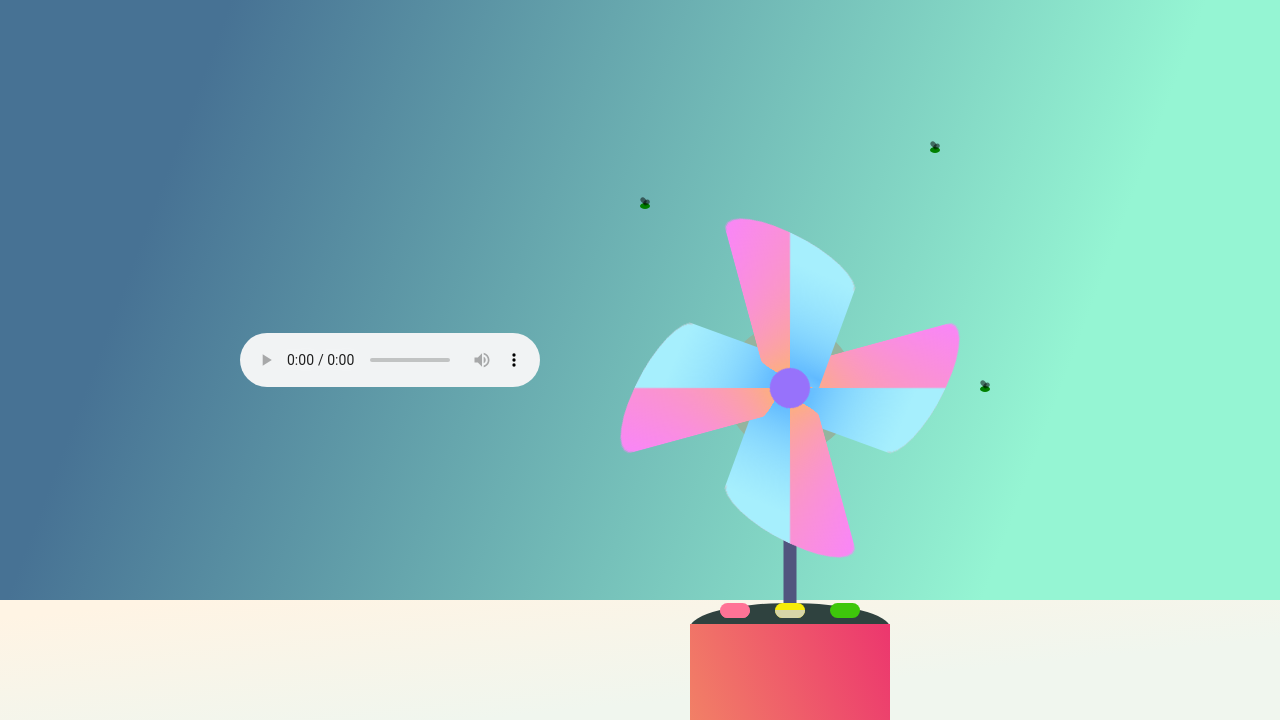
Repository: VuTuanAnh0949/CodeFan
Page: index.html
These files come from the project's save history. The page is drawn as it stood at one moment and after the next save; the edit follows.
The browser window is 1280 px wide. The pictures show the whole page.

Above is the page before, as saved 2022-06-22 12:34:01.

After the next save:
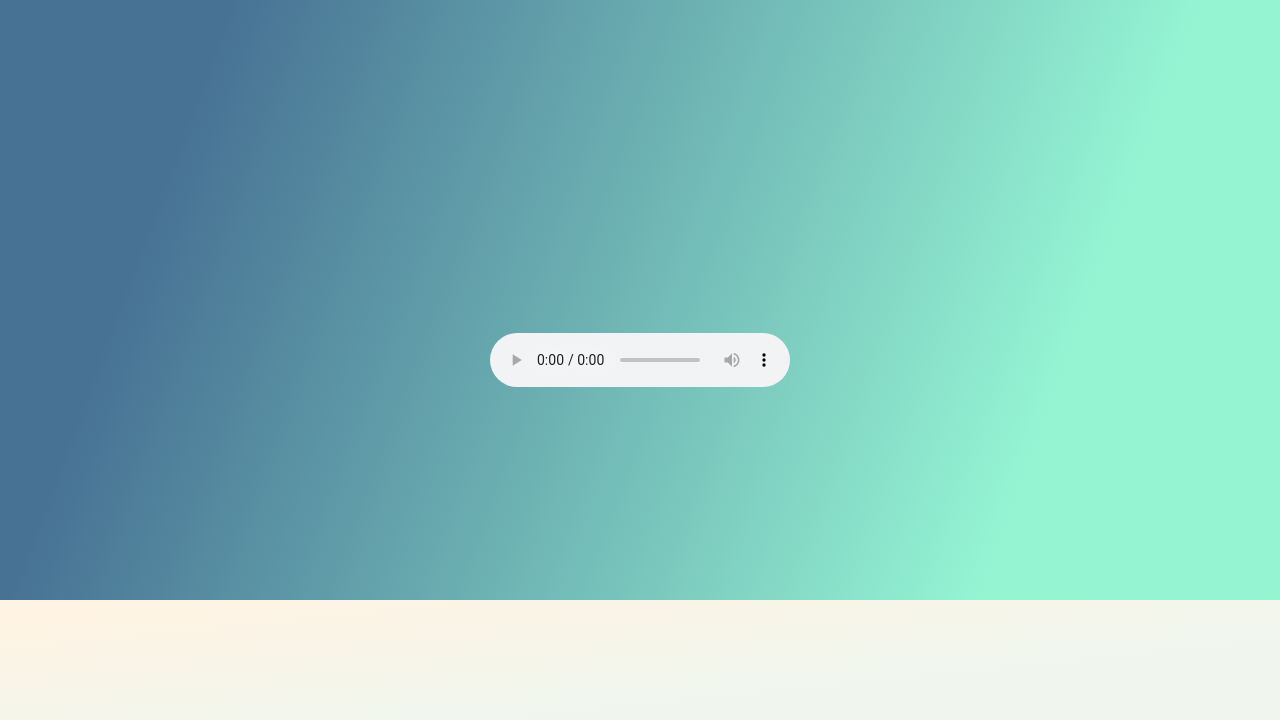
Saved 10 s later.
--- a/index.html
+++ b/index.html
@@ -10,7 +10,7 @@
 <body>
     <audio controls>
         <source src="./ChillTikTok.mp3" type="audio/mpeg">
-
+        <audio src="./ChillTikTok.mp3" type="audio/mpeg">
 
     </audio>
     <div class="windows">

After the save that followed:
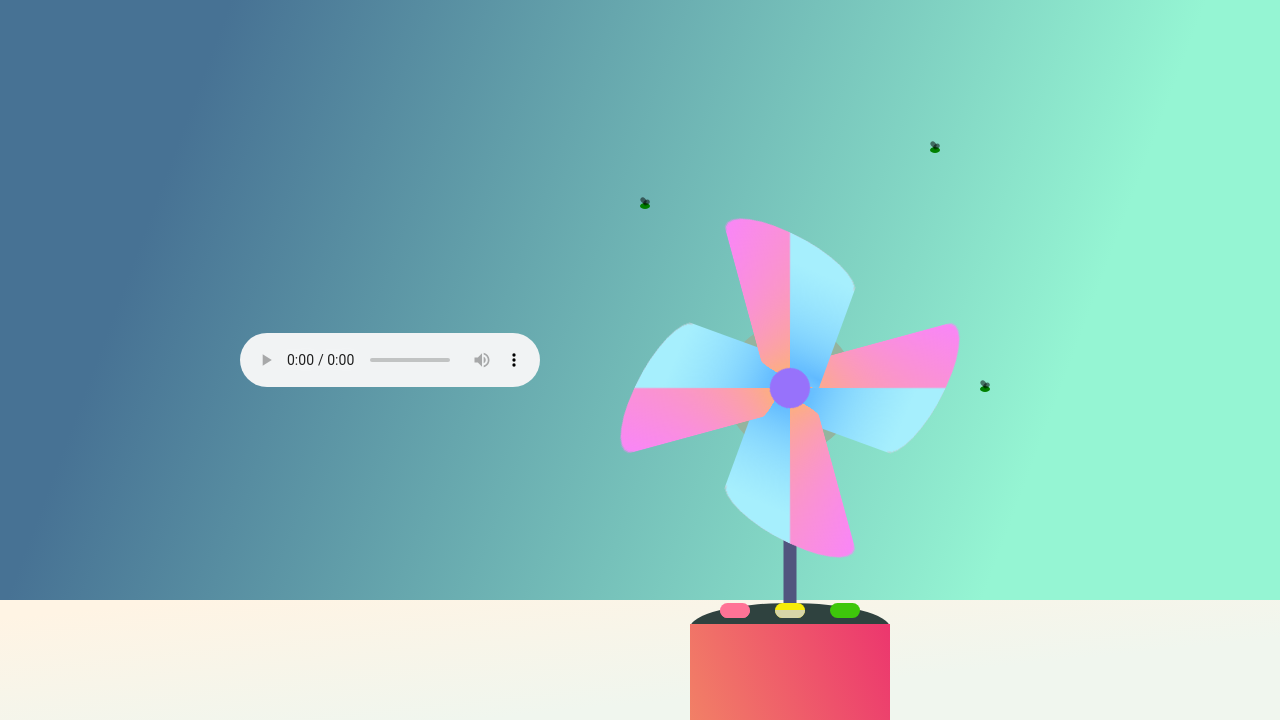
Saved 5 s later.
--- a/index.html
+++ b/index.html
@@ -10,7 +10,7 @@
 <body>
     <audio controls>
         <source src="./ChillTikTok.mp3" type="audio/mpeg">
-        <audio src="./ChillTikTok.mp3" type="audio/mpeg">
+
 
     </audio>
     <div class="windows">
